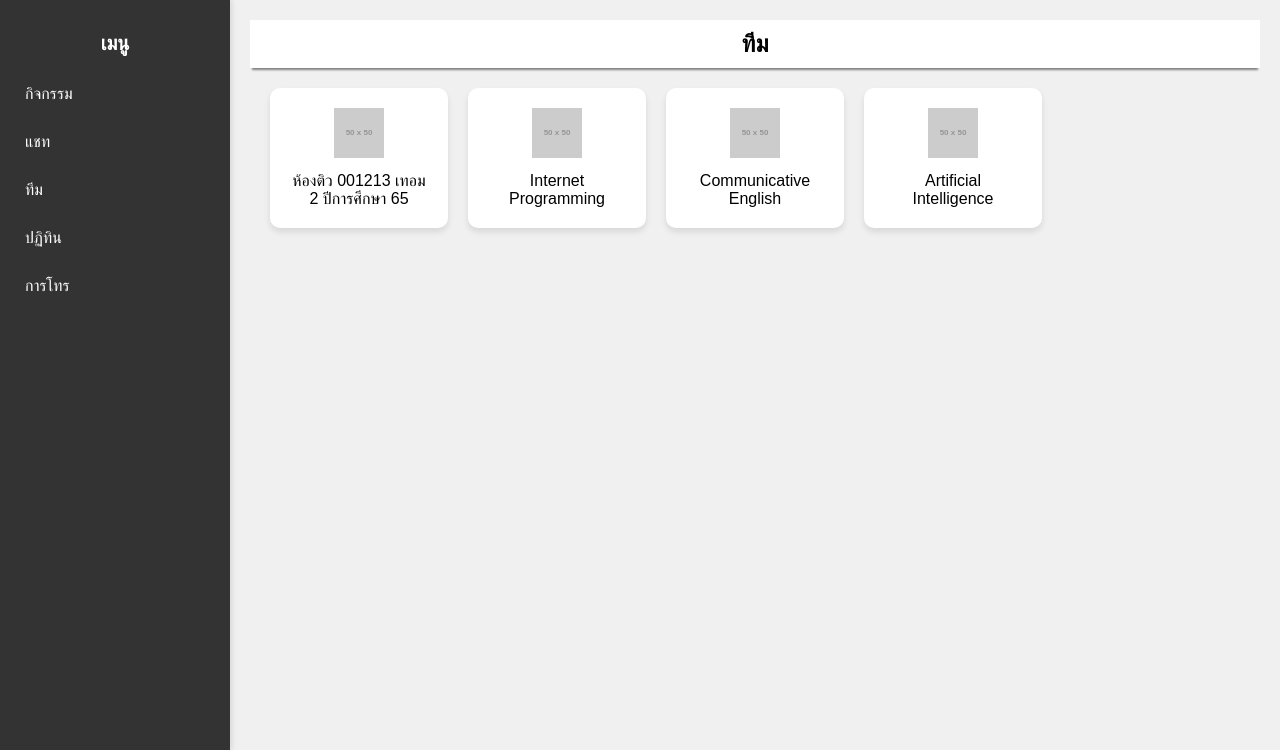
Repository: praifas16/ProPro
Page: docs/studenthead.html
These files come from the project's save history. The page is drawn as it stood at one moment and after the next save; the edit follows.
The browser window is 1280 px wide. The pictures show the whole page.

Above is the page before, as saved 2024-08-21 19:47:23.

After the next save:
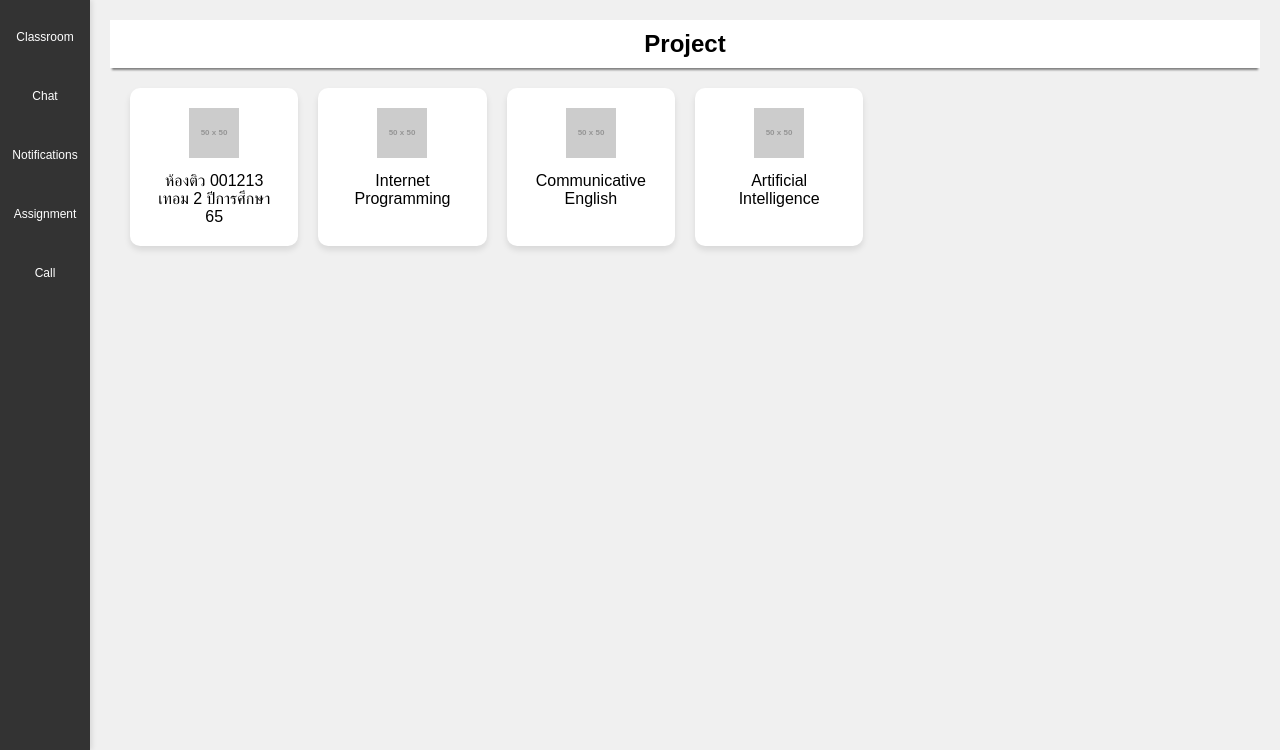
Saved 8 min 10 s later.
--- a/docs/studenthead.html
+++ b/docs/studenthead.html
@@ -15,31 +15,39 @@
 
         /* เมนูแถบข้าง */
         .sidebar {
-            width: 200px;
+            width: 70px;
             background-color: #333;
             color: white;
             height: 100vh;
-            padding: 15px;
+            padding: 15px 10px;
             box-shadow: 2px 0 5px rgba(0, 0, 0, 0.1);
-        }
-
-        .sidebar h2 {
-            text-align: center;
-            margin-bottom: 20px;
-            font-size: 20px;
+            display: flex;
+            flex-direction: column;
+            align-items: center;
         }
 
         .sidebar a {
-            display: block;
+            display: flex;
+            flex-direction: column;
+            align-items: center;
             color: white;
             padding: 10px;
             text-decoration: none;
-            margin-bottom: 10px;
-            border-radius: 4px;
+            margin-bottom: 20px;
+            font-size: 12px;
+            text-align: center;
         }
 
         .sidebar a:hover {
             background-color: #575757;
+            border-radius: 4px;
+            width: 100%;
+            text-align: center;
+        }
+
+        .sidebar i {
+            font-size: 24px;
+            margin-bottom: 5px;
         }
 
         /* โครงสร้างหน้าเว็บหลัก */
@@ -95,18 +103,17 @@
 <body>
     <!-- เมนูแถบข้าง -->
     <div class="sidebar">
-        <h2>เมนู</h2>
-        <a href="#">กิจกรรม</a>
-        <a href="#">แชท</a>
-        <a href="#">ทีม</a>
-        <a href="#">ปฏิทิน</a>
-        <a href="#">การโทร</a>
+        <a href="#"><i class="fa fa-home"></i><span>Classroom</span></a>
+        <a href="#"><i class="fa fa-users"></i><span>Chat</span></a>
+        <a href="#"><i class="fa fa-notificat"></i><span>Notifications</span></a>
+        <a href="#"><i class="fa fa-assign"></i><span>Assignment</span></a>
+        <a href="#"><i class="fa fa-phone"></i><span>Call</span></a>
     </div>
 
     <!-- เนื้อหาหลัก -->
     <div class="main-content">
         <header>
-            <h1>ทีม</h1>
+            <h1>Project</h1>
         </header>
         <div class="container">
             <div class="card">
